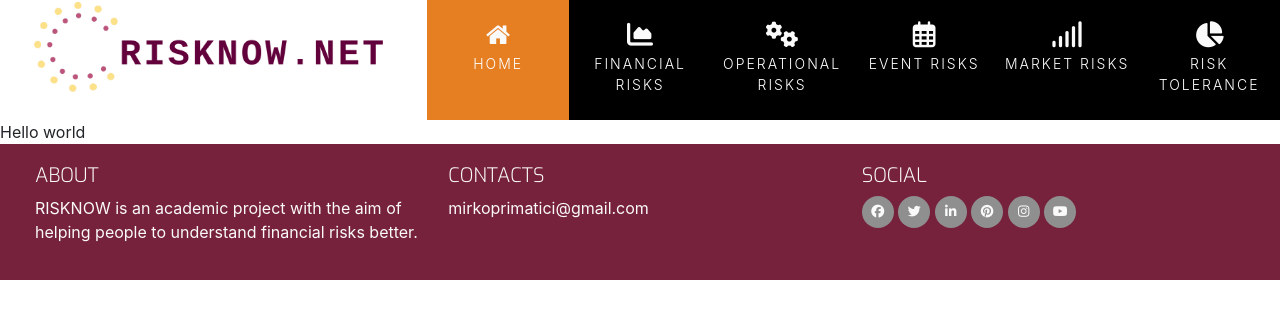
Repository: mirkoprimaticix/risknow.net
Page: index.html
The author's editor kept a record of every edit. The page is drawn from the files as they stood at one moment, then again after the next edit.
The browser window is 1280 px wide. The pictures show the whole page.
Some web libraries are served in a nearby version.

Above is the page before.
Console error: TypeError: Cannot read properties of undefined (reading 'fn')

After the next edit:
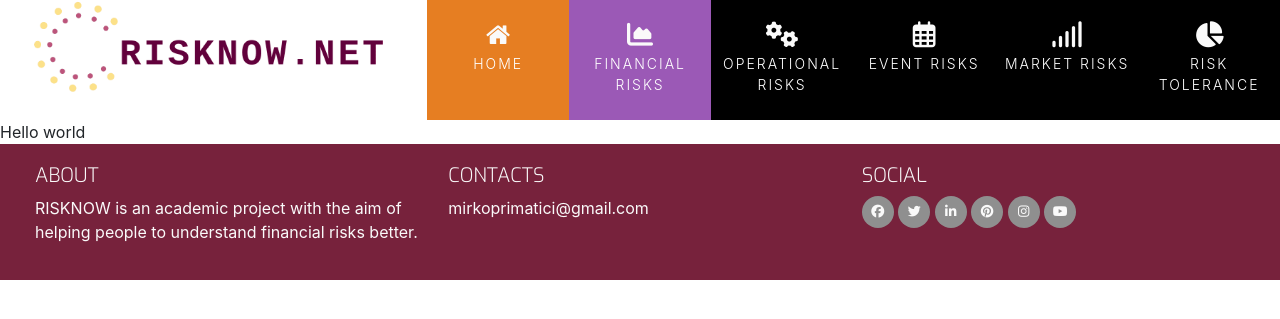
The edit:
--- a/assets/css/style.css
+++ b/assets/css/style.css
@@ -27,7 +27,7 @@
 }
 
 .ui-menu-color-fr {
-    background-color: black;
+    background-color: #9b59b6;
 }
 
 .ui-menu-color-or {
